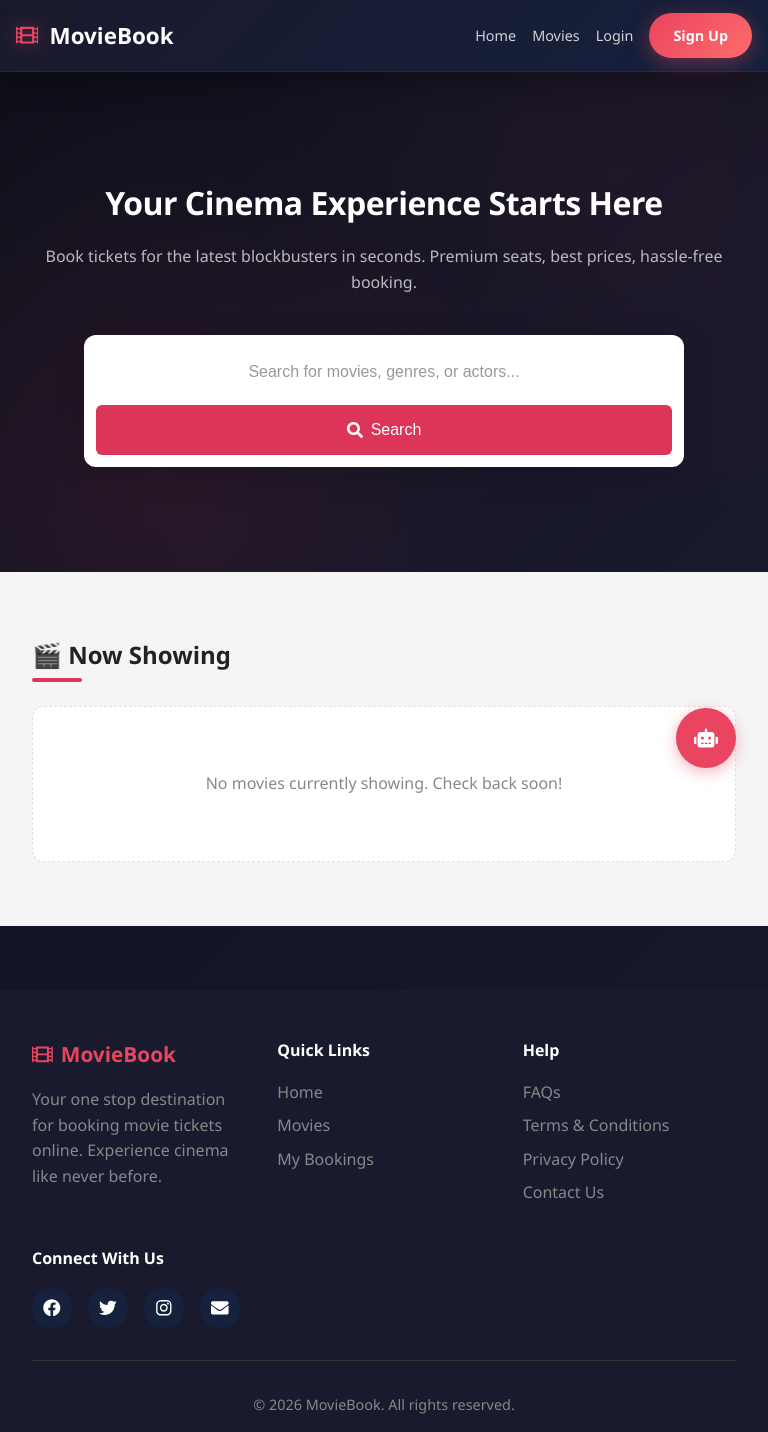
Repository: adithya11sci/movie_ticket_bookings
Page: / (app in frontend/)
An editor plug-in stored every save of this project. The page is shown before and after the next save, followed by the edit.
The browser window is 768 px wide. The pictures show the whole page.
The page's requests for data from a server got no answer. The project was rebuilt for these pictures with package versions that can differ from the ones it lists, and the page was loaded fresh each time. No one was signed in, and anything a server would have sent is missing. Also part of the build but not shown: frontend/vite.config.js, frontend/src/components/MovieCard.css, frontend/src/components/MovieCard.jsx, frontend/src/pages/Movies.jsx, frontend/src/pages/Auth.css, frontend/src/pages/Login.jsx, frontend/src/pages/Register.jsx, frontend/src/pages/MovieDetails.css and 17 more.

Above is the page before, as saved 2026-02-02 11:53:40.

After the next save:
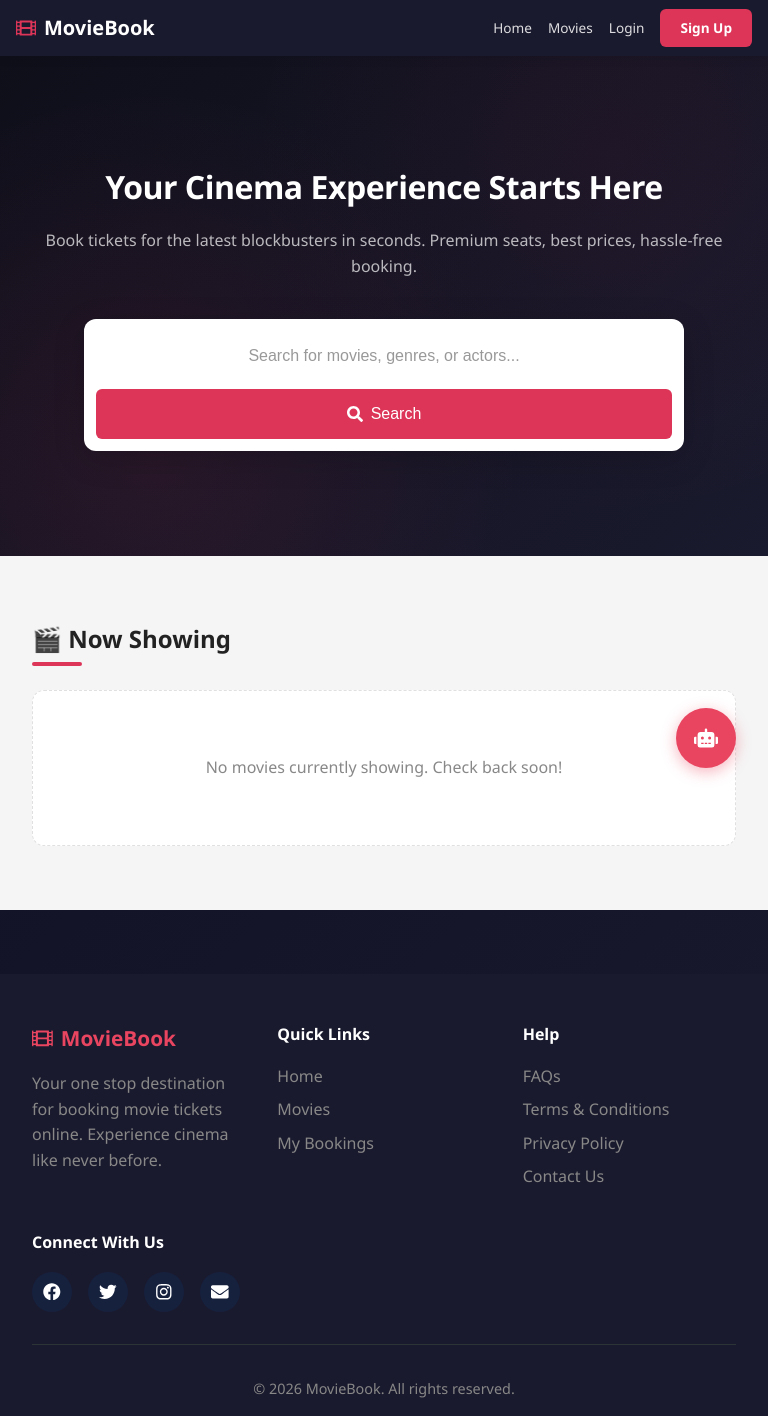
Saved 24 s later.
--- a/frontend/src/components/Navbar.css
+++ b/frontend/src/components/Navbar.css
@@ -1,19 +1,12 @@
+/* Navbar.css - Professional Clean Design */
+
 .navbar {
-    background: linear-gradient(135deg, rgba(26, 26, 46, 0.98) 0%, rgba(22, 33, 62, 0.98) 100%);
-    backdrop-filter: blur(20px);
-    -webkit-backdrop-filter: blur(20px);
-    padding: 1rem 2rem;
+    background: var(--bg-dark);
+    padding: 0 2rem;
     position: sticky;
     top: 0;
     z-index: 1000;
-    box-shadow: 0 5px 30px rgba(0, 0, 0, 0.4);
-    border-bottom: 1px solid rgba(255, 255, 255, 0.05);
-    transition: all 0.3s ease;
-}
-
-.navbar.scrolled {
-    padding: 0.7rem 2rem;
-    background: rgba(10, 10, 26, 0.98);
+    box-shadow: 0 2px 10px rgba(0, 0, 0, 0.1);
 }
 
 .nav-container {
@@ -22,147 +15,122 @@
     display: flex;
     justify-content: space-between;
     align-items: center;
+    height: 64px;
 }
 
 .nav-logo {
-    color: #fff;
-    font-size: 1.8rem;
-    font-weight: 800;
+    color: var(--text-light);
+    font-size: 1.5rem;
+    font-weight: 700;
     text-decoration: none;
     display: flex;
     align-items: center;
-    gap: 0.7rem;
-    transition: transform 0.3s ease;
+    gap: 0.5rem;
+    transition: opacity 0.3s ease;
 }
 
 .nav-logo:hover {
-    transform: scale(1.05);
+    opacity: 0.9;
 }
 
 .nav-logo svg {
-    color: #e94560;
-    filter: drop-shadow(0 0 10px rgba(233, 69, 96, 0.5));
-}
-
-.nav-logo span {
-    background: linear-gradient(135deg, #fff 0%, #e94560 100%);
-    -webkit-background-clip: text;
-    -webkit-text-fill-color: transparent;
-    background-clip: text;
+    color: var(--primary);
 }
 
 .nav-links {
     display: flex;
     align-items: center;
-    gap: 2rem;
+    gap: 1.5rem;
 }
 
 .nav-link {
-    color: rgba(255, 255, 255, 0.8);
+    color: rgba(255, 255, 255, 0.85);
     text-decoration: none;
-    font-size: 1rem;
+    font-size: 0.95rem;
     font-weight: 500;
-    transition: all 0.3s ease;
-    position: relative;
+    transition: all 0.2s ease;
     padding: 0.5rem 0;
 }
 
-.nav-link::after {
-    content: '';
-    position: absolute;
-    bottom: 0;
-    left: 0;
-    width: 0;
-    height: 2px;
-    background: linear-gradient(90deg, #e94560, #ff6b6b);
-    transition: width 0.3s ease;
-}
-
 .nav-link:hover {
-    color: #fff;
-}
-
-.nav-link:hover::after {
-    width: 100%;
+    color: var(--text-light);
 }
 
 .btn-register {
-    background: linear-gradient(135deg, #e94560, #ff6b6b);
-    padding: 0.7rem 1.5rem;
-    border-radius: 50px;
-    color: #fff !important;
+    background: var(--primary);
+    padding: 0.5rem 1.25rem;
+    border-radius: 6px;
+    color: var(--text-light) !important;
     font-weight: 600;
-    box-shadow: 0 5px 20px rgba(233, 69, 96, 0.4);
-    transition: all 0.3s ease;
-}
-
-.btn-register::after {
-    display: none;
+    transition: all 0.2s ease;
 }
 
 .btn-register:hover {
-    transform: translateY(-2px);
-    box-shadow: 0 8px 25px rgba(233, 69, 96, 0.6);
+    background: var(--primary-dark);
 }
 
 .user-menu {
     display: flex;
     align-items: center;
-    gap: 1.2rem;
+    gap: 1rem;
 }
 
 .user-name {
-    color: #fff;
     display: flex;
     align-items: center;
-    gap: 0.6rem;
+    gap: 0.5rem;
+    color: rgba(255, 255, 255, 0.85);
+    font-size: 0.95rem;
     font-weight: 500;
-    padding: 0.5rem 1rem;
-    background: rgba(255, 255, 255, 0.1);
-    border-radius: 50px;
-    border: 1px solid rgba(255, 255, 255, 0.1);
 }
 
 .user-name svg {
-    color: #e94560;
+    color: var(--primary);
 }
 
 .logout-btn {
     background: transparent;
-    border: 2px solid rgba(233, 69, 96, 0.5);
-    color: #e94560;
-    padding: 0.5rem 1rem;
-    border-radius: 50px;
+    border: 1px solid rgba(255, 255, 255, 0.3);
+    color: rgba(255, 255, 255, 0.85);
+    padding: 0.4rem 1rem;
+    border-radius: 6px;
     cursor: pointer;
     display: flex;
     align-items: center;
     gap: 0.4rem;
-    font-weight: 500;
-    transition: all 0.3s ease;
+    font-size: 0.9rem;
+    transition: all 0.2s ease;
 }
 
 .logout-btn:hover {
-    background: linear-gradient(135deg, #e94560, #ff6b6b);
-    border-color: transparent;
-    color: #fff;
-    box-shadow: 0 5px 20px rgba(233, 69, 96, 0.4);
+    background: rgba(255, 255, 255, 0.1);
+    border-color: rgba(255, 255, 255, 0.5);
+    color: var(--text-light);
 }
 
-/* Mobile menu */
+/* Responsive */
 @media (max-width: 768px) {
+    .navbar {
+        padding: 0 1rem;
+    }
+
+    .nav-container {
+        height: 56px;
+    }
+
+    .nav-logo {
+        font-size: 1.25rem;
+    }
+
     .nav-links {
         gap: 1rem;
     }
 
     .nav-link {
-        font-size: 0.9rem;
+        font-size: 0.85rem;
     }
 
-    .navbar {
-        padding: 0.8rem 1rem;
-    }
-
-    .nav-logo {
-        font-size: 1.4rem;
+    .user-name span {
+        display: none;
     }
 }
